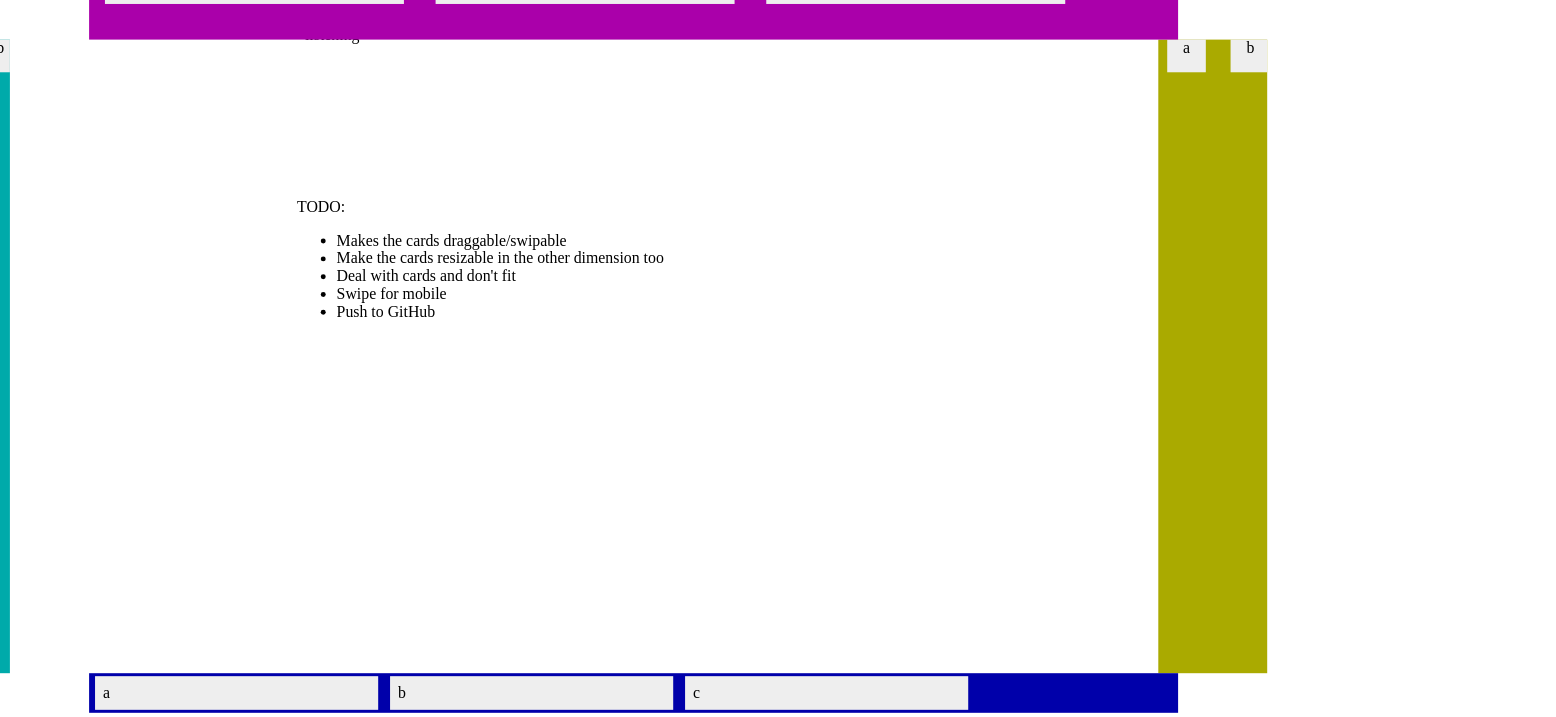
Repository: pnazeran/test
Page: www/gui.html
The author's editor kept a record of every edit. The page is drawn from the files as they stood at one moment, then again after the next edit.
The browser window is 1280 px wide. The page is 1572 px wide, then 1280 px, so the pictures cover 1572 px, including what lies to the right of the window. The pictures show the whole page, at 99% of full size.
Some web libraries are served in a nearby version.

Above is the page before.

After the next edit:
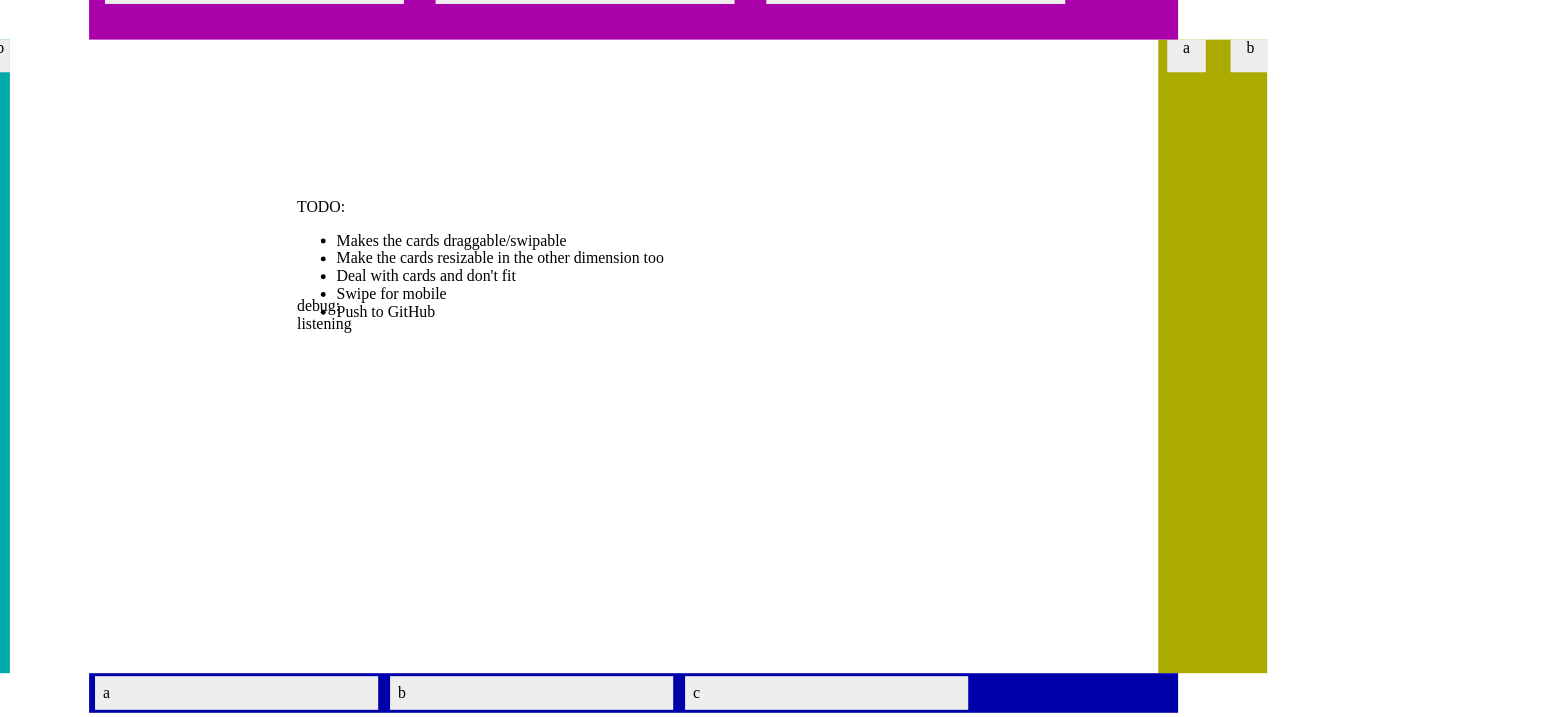
The edit:
--- a/www/gui.html
+++ b/www/gui.html
@@ -29,7 +29,7 @@
                 <li>Push to GitHub</li>
             </ul>
         </div>
-        <div style="position:relative;left:300px">
+        <div id=debug style="position:absolute;top:300px;left:300px">
             debug: <br>
             {{debug}}
         </div>
